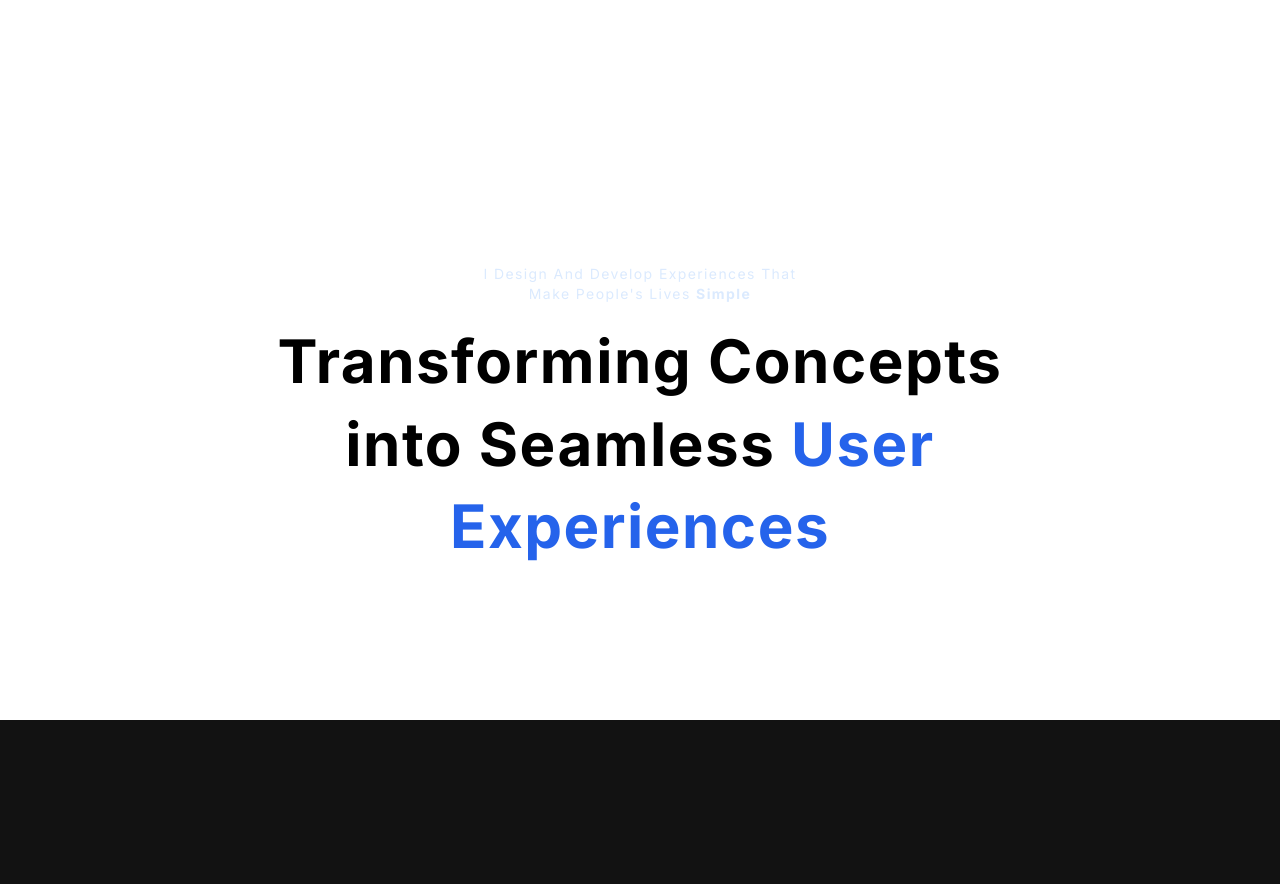
Repository: LukaSuave/Dev-Portfolio
Page: /
The author's editor kept a copy of each file at every save. The page is drawn from the files as they stood at one save, then again after the next save.
The browser window is 1280 px wide. The pictures show the whole page.
The project was rebuilt for these pictures with package versions that can differ from the ones it lists, and the page was loaded fresh each time. The framework's server and built-in components were replaced by stand-ins that run in the browser. Also part of the build but not shown: next.config.mjs.

Above is the page before, as saved 2024-05-30 11:10:44.

After the next save:
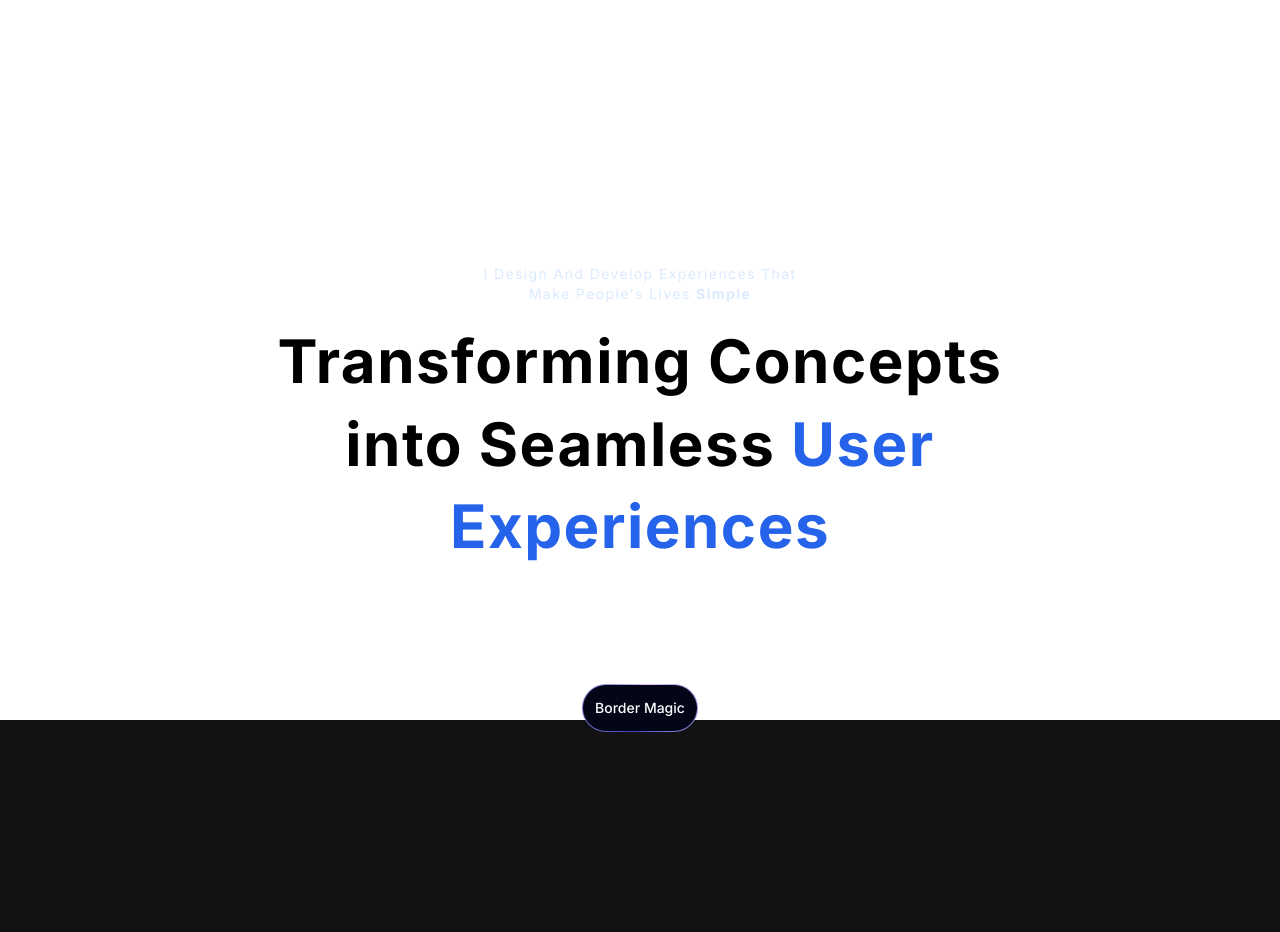
Saved 2 min 9 s later.
--- a/components/global/hero.tsx
+++ b/components/global/hero.tsx
@@ -1,5 +1,6 @@
 import { Spotlight } from "@/components/ui/spotlight";
 import { TextGenerateEffect } from "@/components/ui/text-generate-effect";
+import { BorderMagicButton } from "@/components/ui/border-magic-button";
 
 export const Hero = () => {
 	return (
@@ -37,6 +38,9 @@ export const Hero = () => {
 						TypeScript, and React for both backend and frontend
 						development.
 					</p>
+					<a href="#about">
+						<BorderMagicButton title="Show my work" />
+					</a>
 				</div>
 			</div>
 		</div>
